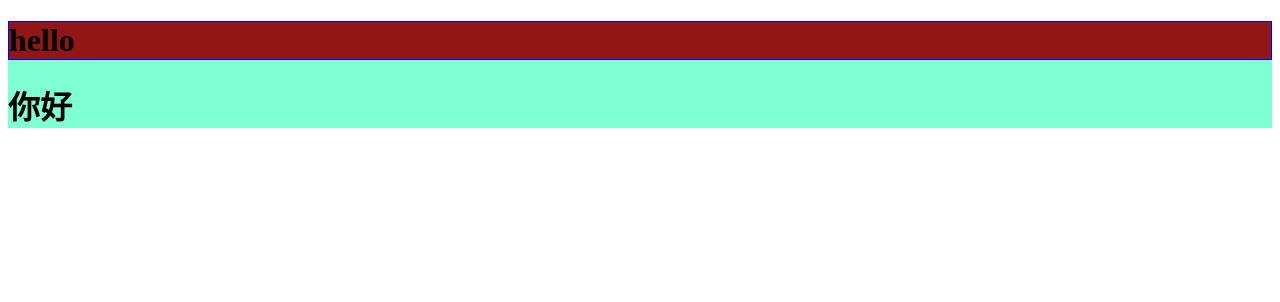
Repository: Lixianlai-2/The-journey-of-learning-Vue
Page: / (app in afterVueCli/Vue_Test/)
These files come from the project's save history. The page is drawn as it stood at one moment and after the next save; the edit follows.
The browser window is 1280 px wide. The pictures show the whole page.
The project was rebuilt for these pictures with package versions that can differ from the ones it lists, and the page was loaded fresh each time. Also part of the build but not shown: afterVueCli/Vue_Test/src/components/myItem.vue.

Above is the page before, as saved 2022-04-14 16:13:05.

After the next save:
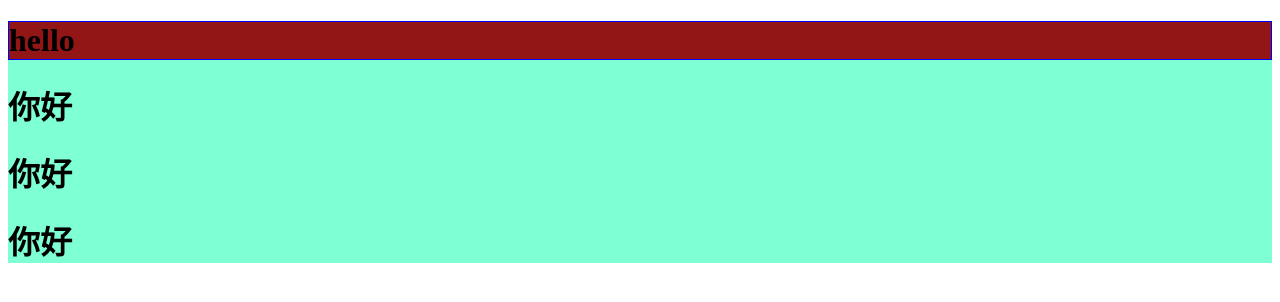
Saved 4 s later.
--- a/afterVueCli/Vue_Test/src/components/myHeader.vue
+++ b/afterVueCli/Vue_Test/src/components/myHeader.vue
@@ -1,4 +1,6 @@
-<template></template>
+<template>
+  <h1>你好</h1>
+</template>
 
 <script>
 export default {
--- a/afterVueCli/Vue_Test/src/components/myList.vue
+++ b/afterVueCli/Vue_Test/src/components/myList.vue
@@ -1,4 +1,4 @@
-<template></template>
+<template><h1>你好</h1></template>
 
 <script>
 import myItem from "./myItem.vue";
